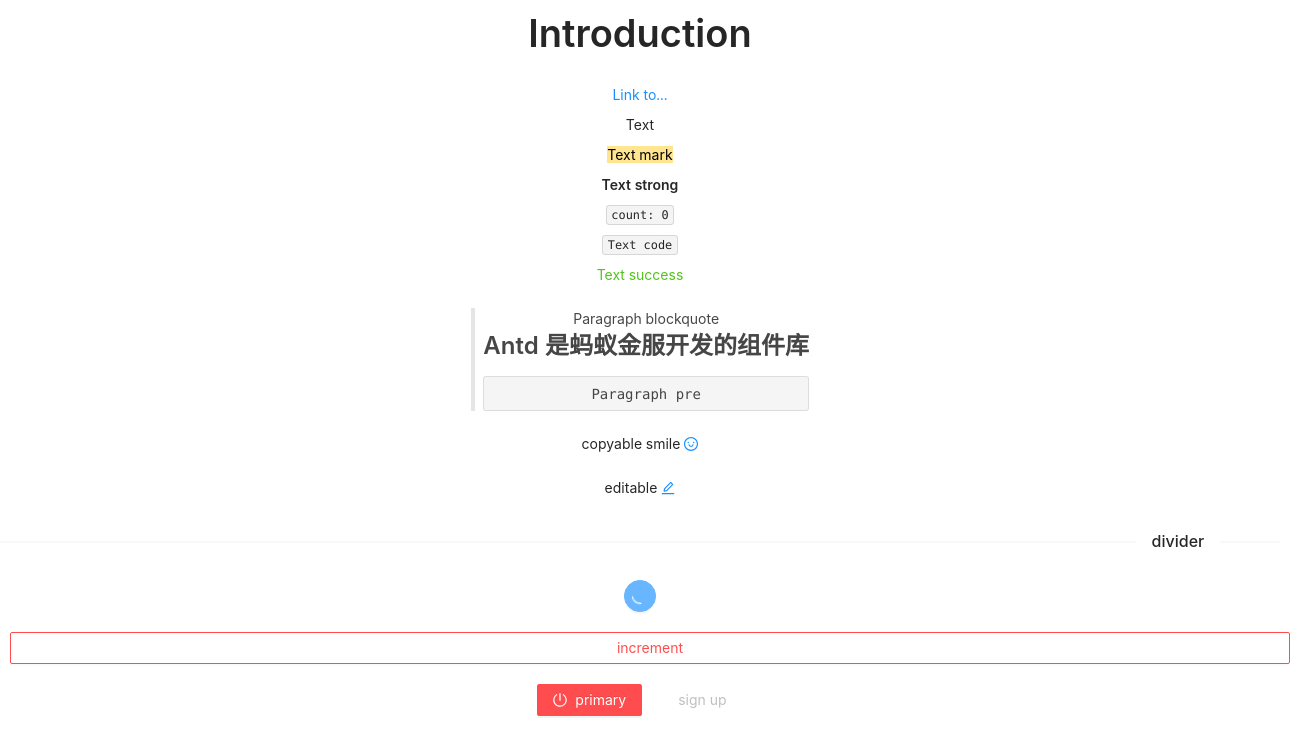
Repository: ErosHai/antd-demo
Page: /
The author's editor kept a copy of each file at every save. The page is drawn from the files as they stood at one save, then again after the next save.
The browser window is 1280 px wide. The page is 1300 px wide, so the pictures cover 1300 px, including what lies to the right of the window. The pictures show the whole page.
The project was rebuilt for these pictures with package versions that can differ from the ones it lists, and the page was loaded fresh each time.

Above is the page before, as saved 2022-04-12 16:21:54.

### src/index.js
import React from 'react'
import { createRoot } from 'react-dom/client'
import './index.css'
import App from './App'
import reportWebVitals from './reportWebVitals'

const root = createRoot(document.getElementById('root'))
root.render(<App />)

// If you want to start measuring performance in your app, pass a function
// to log results (for example: reportWebVitals(console.log))
// or send to an analytics endpoint. Learn more: https://bit.ly/CRA-vitals
reportWebVitals()

### src/App.js
import './App.css'
import { Button, Tooltip, Typography, Space, Divider } from 'antd'
import { BlockOutlined, SearchOutlined } from '@ant-design/icons'
import { useState } from 'react'
import { PoweroffOutlined, SmileOutlined, SmileFilled } from '@ant-design/icons'

function App() {
	const [count, setCount] = useState(0)
	const [editableStr, setEditableStr] = useState('editable')

	const { Title, Paragraph, Link, Text } = Typography

	const blockContent = `  Antd 是蚂蚁金服开发的组件库`

	return (
		<div className="App">
			<Space direction="vertical">
				<Title>Introduction</Title>
				<Link href="https://www.baidu.com">Link to...</Link>
				<Text>Text</Text>
				<Text mark>Text mark</Text>
				<Text strong>Text strong</Text>
				<Text code> {`count: ${count}`} </Text>
				<Text code>Text code</Text>
				<Text type="success">Text success</Text>
				<Paragraph>
					<blockquote>
						Paragraph blockquote
						<Title level={3}> {blockContent} </Title>
						<pre>Paragraph pre</pre>
					</blockquote>
				</Paragraph>
				<Paragraph
					copyable={{
						icon: [
							<SmileOutlined key="copy-icon" />,
							<SmileFilled key="copied-icon" />,
						],
						tooltips: ['please click here', 'you clicked!!!'],
					}}
				>
					copyable smile
				</Paragraph>
				<Paragraph editable={{ onchange: setEditableStr }}>
					{editableStr}
				</Paragraph>
			</Space>

			<Divider orientation="right">divider</Divider>
			<Tooltip title="search">
				<Button
					type="primary"
					shape="circle"
					loading="true"
					icon={<SearchOutlined />}
				></Button>
			</Tooltip>
			<Button
				type="default"
				onClick={() => {
					setCount(count + 1)
				}}
				block
				ghost
				danger
			>
				increment
			</Button>
			<Button type="primary" danger icon={<PoweroffOutlined />}>
				primary
			</Button>
			<Button type="text" disabled>
				sign up
			</Button>
		</div>
	)
}

export default App

### src/App.css
@import '~antd/dist/antd.css';

.App {
  text-align: center;
  /* background-color: #282c34; */
  padding:10px 0px;

}

.App button {
  margin:  10px;
}
.App-logo {
  height: 40vmin;
  pointer-events: none;
}

@media (prefers-reduced-motion: no-preference) {
  .App-logo {
    animation: App-logo-spin infinite 20s linear;
  }
}

.App-header {
  background-color: #282c34;
  min-height: 100vh;
  display: flex;
  flex-direction: column;
  align-items: center;
  justify-content: center;
  font-size: calc(10px + 2vmin);
  color: white;
}

.App-link {
  color: #61dafb;
}

@keyframes App-logo-spin {
  from {
    transform: rotate(0deg);
  }
  to {
    transform: rotate(360deg);
  }
}

Loaded but not shown: public/index.html (common file); src/index.css (common file); src/reportWebVitals.js (common file)

After the next save:
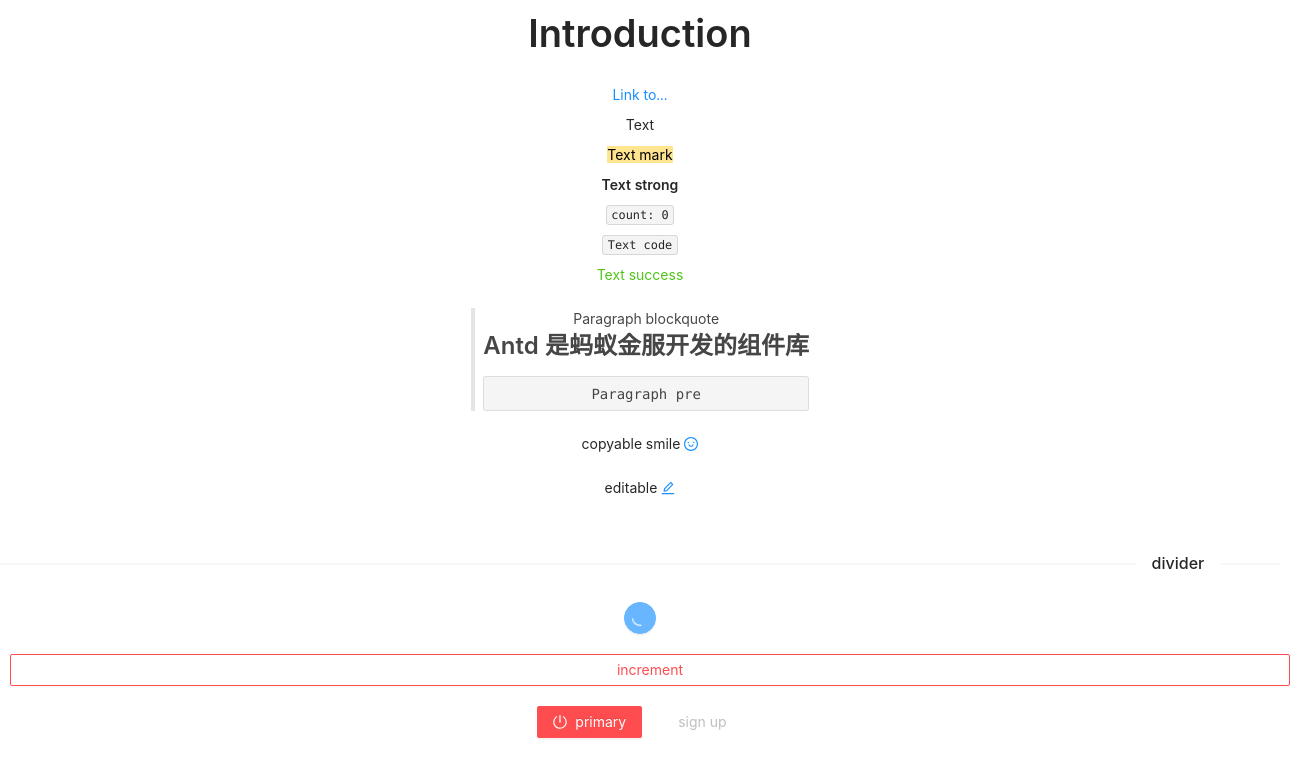
Saved 3 min 30 s later.
--- a/src/App.js
+++ b/src/App.js
@@ -44,6 +44,7 @@ function App() {
 				<Paragraph editable={{ onchange: setEditableStr }}>
 					{editableStr}
 				</Paragraph>
+				<Paragraph title=""></Paragraph>
 			</Space>
 
 			<Divider orientation="right">divider</Divider>
